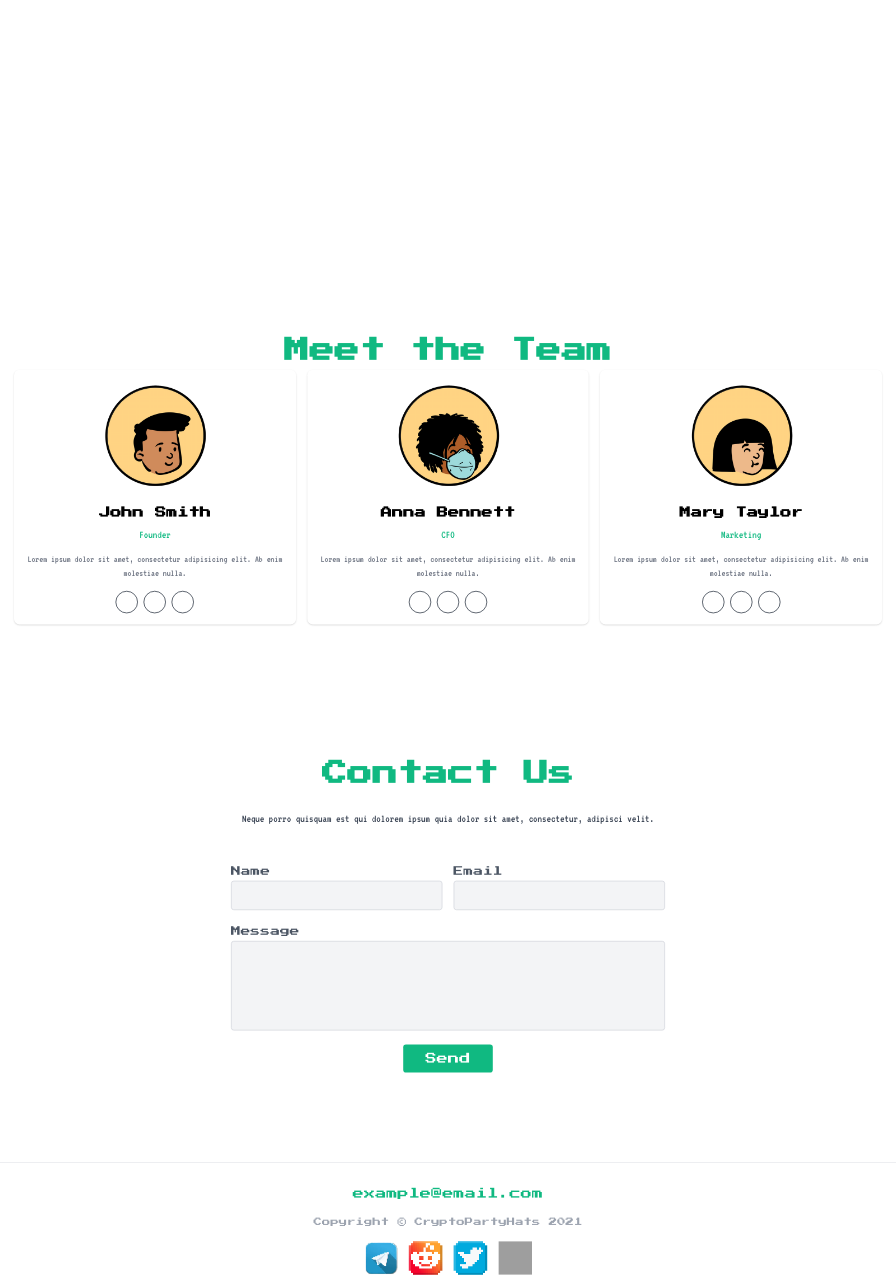
Repository: rhinorphan/phat-landing-page
Page: /
The author's editor kept a copy of each file at every save. The page is drawn from the files as they stood at one save, then again after the next save.
The browser window is 1280 px wide. The pictures show the part of the page from y = 2293 to 4213 px (the page is 4122 px tall before and 4213 px after), at 70% of full size.
Pictures or frames that could not be fetched are drawn as grey boxes. The project was rebuilt for these pictures with package versions that can differ from the ones it lists, and the page was loaded fresh each time. Also part of the build but not shown: craco.config.js.

Above is the page before, as saved 2021-11-17 23:12:46.

After the next save:
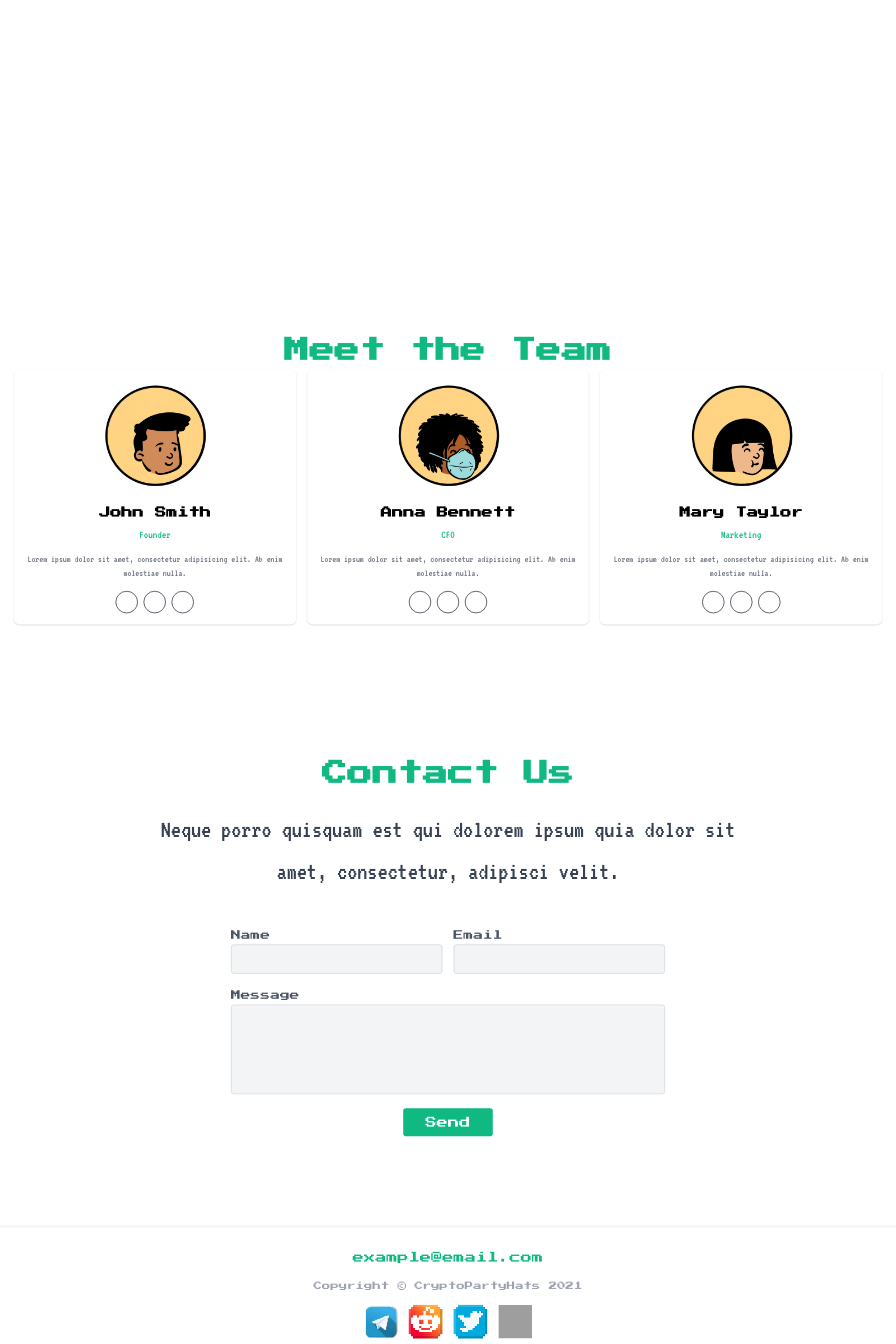
Saved 4 s later.
--- a/src/components/Contact.js
+++ b/src/components/Contact.js
@@ -11,7 +11,7 @@ function Contact() {
             <h1 className="flex text-4xl  font-bold mb-8 text-green-500 justify-center">
               Contact Us
             </h1>
-            <p className="lg:w-2/3 mx-auto leading-relaxed text-base normalText text-xl-4">
+            <p className="lg:w-2/3 mx-auto leading-relaxed text-base normalText text-4xl">
             Neque porro quisquam est qui dolorem ipsum quia dolor sit amet, consectetur, adipisci velit.
             </p>
           </div>
